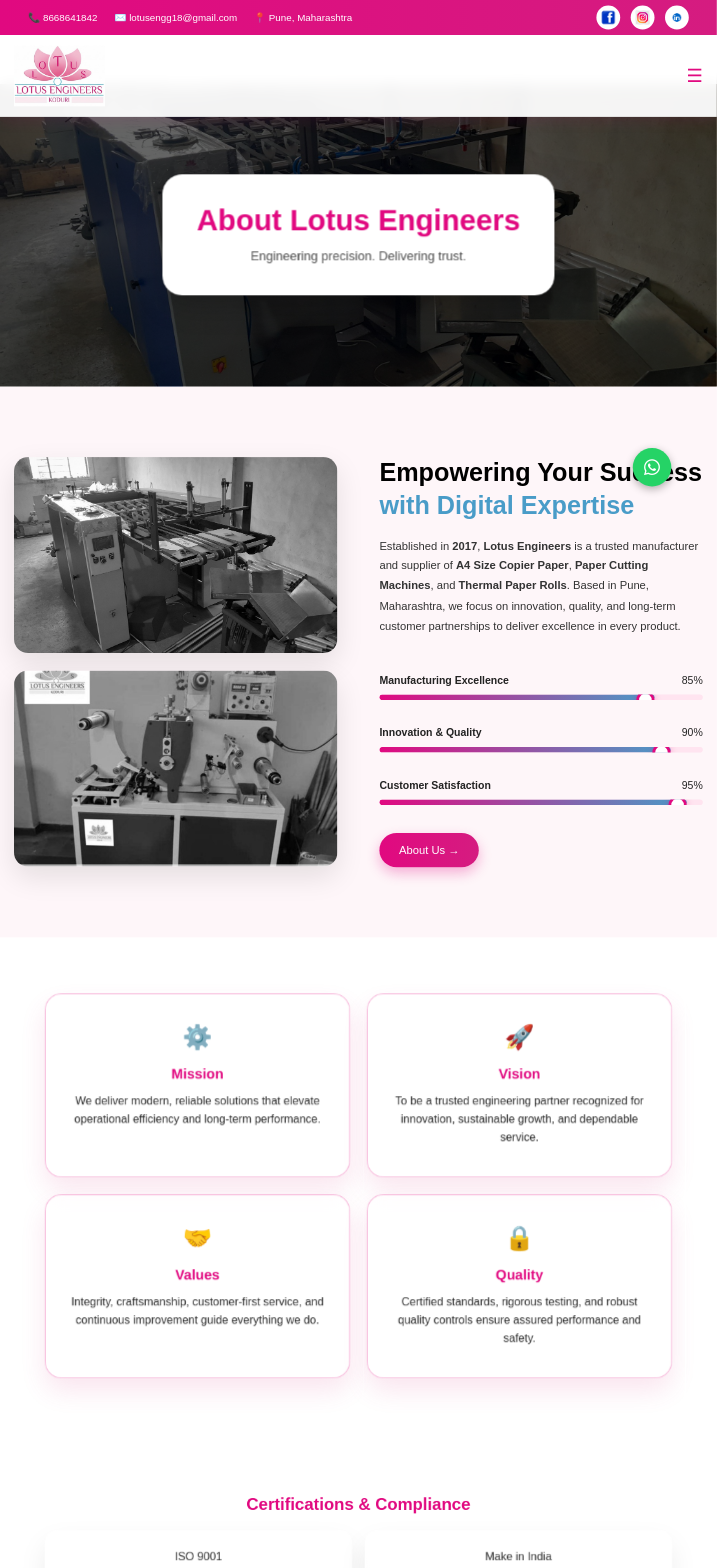
Repository: Khushichugh14/lotus-engineers
Page: about.html
The author's editor kept a copy of each file at every save. The page is drawn from the files as they stood at one save, then again after the next save.
The browser window is 1024 px wide. The pictures show the part of the page from y = 0 to 2240 px (the page is 3937 px tall), at 70% of full size.

Above is the page before, as saved 2025-12-24 14:04:09.

After the next save:
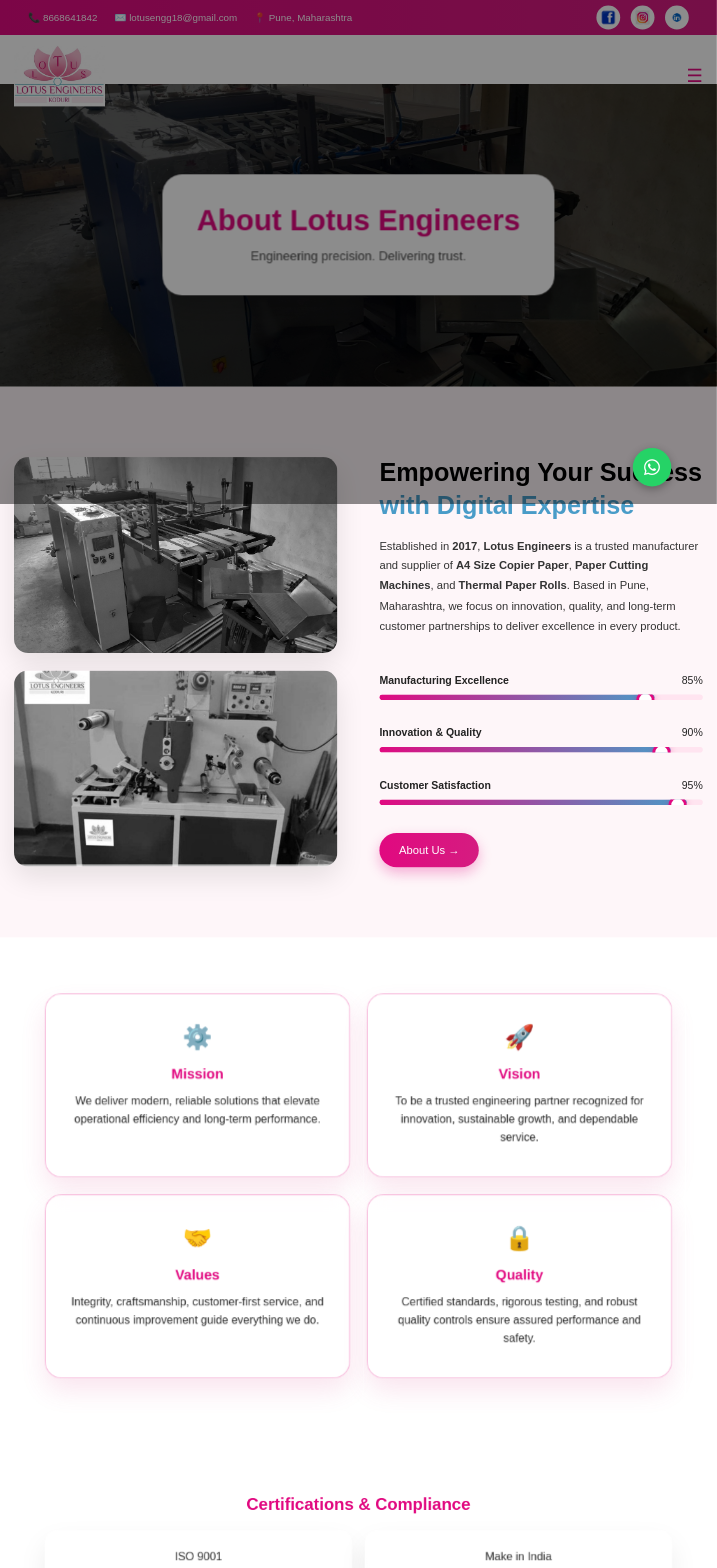
Saved 51 s later.
--- a/navbar.css
+++ b/navbar.css
@@ -221,3 +221,35 @@
     display: none;
   }
 }
+@media (max-width: 1024px) {
+
+  .nav-links {
+    position: fixed;
+    top: 0;
+    right: -100%;
+    width: 360px;
+    max-width: 85%;
+    height: 100vh;
+
+    background: #ffffff;
+    padding: 90px 20px 20px;
+    display: flex;
+    flex-direction: column;
+    gap: 12px;
+
+    box-shadow: -12px 0 30px rgba(0,0,0,0.15);
+    transition: right 0.35s ease;
+    z-index: 1001;
+  }
+
+  .nav-links.active {
+    right: 0;
+  }
+
+  .mobile-backdrop {
+    position: fixed;
+    inset: 0;
+    background: rgba(0,0,0,0.45);
+    z-index: 1000;
+  }
+}

After the save that followed:
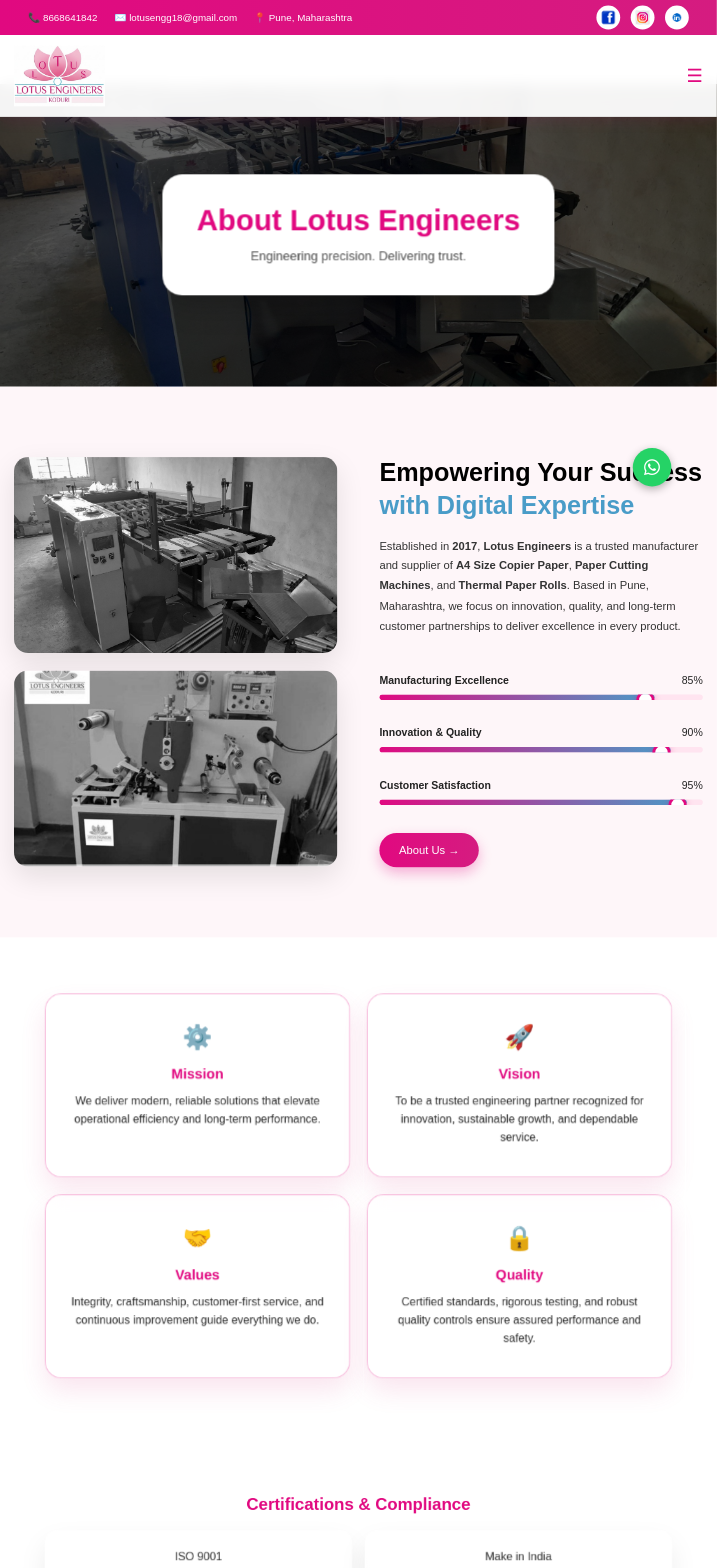
Saved 29 s later.
--- a/navbar.css
+++ b/navbar.css
@@ -221,35 +221,3 @@
     display: none;
   }
 }
-@media (max-width: 1024px) {
-
-  .nav-links {
-    position: fixed;
-    top: 0;
-    right: -100%;
-    width: 360px;
-    max-width: 85%;
-    height: 100vh;
-
-    background: #ffffff;
-    padding: 90px 20px 20px;
-    display: flex;
-    flex-direction: column;
-    gap: 12px;
-
-    box-shadow: -12px 0 30px rgba(0,0,0,0.15);
-    transition: right 0.35s ease;
-    z-index: 1001;
-  }
-
-  .nav-links.active {
-    right: 0;
-  }
-
-  .mobile-backdrop {
-    position: fixed;
-    inset: 0;
-    background: rgba(0,0,0,0.45);
-    z-index: 1000;
-  }
-}
